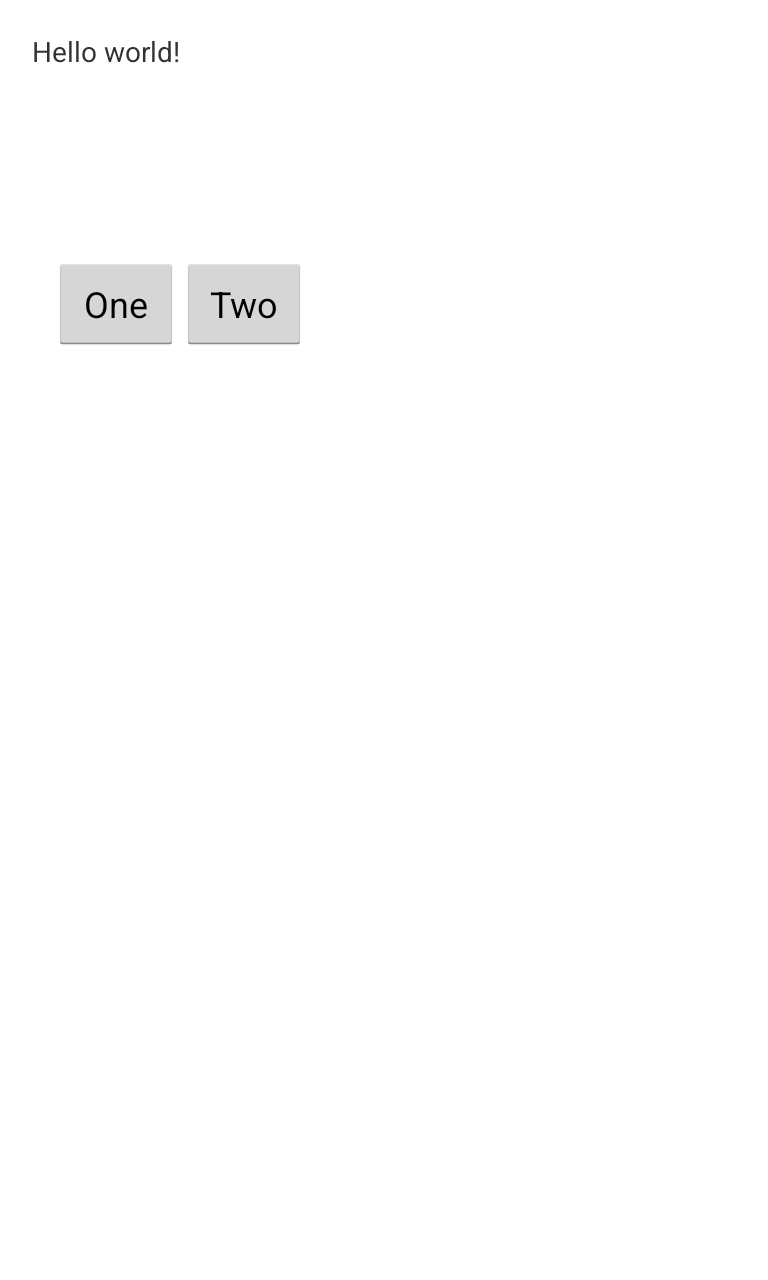
Repository: shailesh1001/eduonix-android
Layout: ch01/ex01/res/layout/activity_main.xml
The author's editor kept a copy of each file at every save. The layout is drawn from the files as they stood at one save, then again after a run of saves.
It is drawn on a 768 x 1280 px phone screen (xhdpi) without system bars, with theme AppTheme; the app's code is not run.

Above is the layout before, as saved 2013-12-07 19:56:25.

After the next 2 saves:
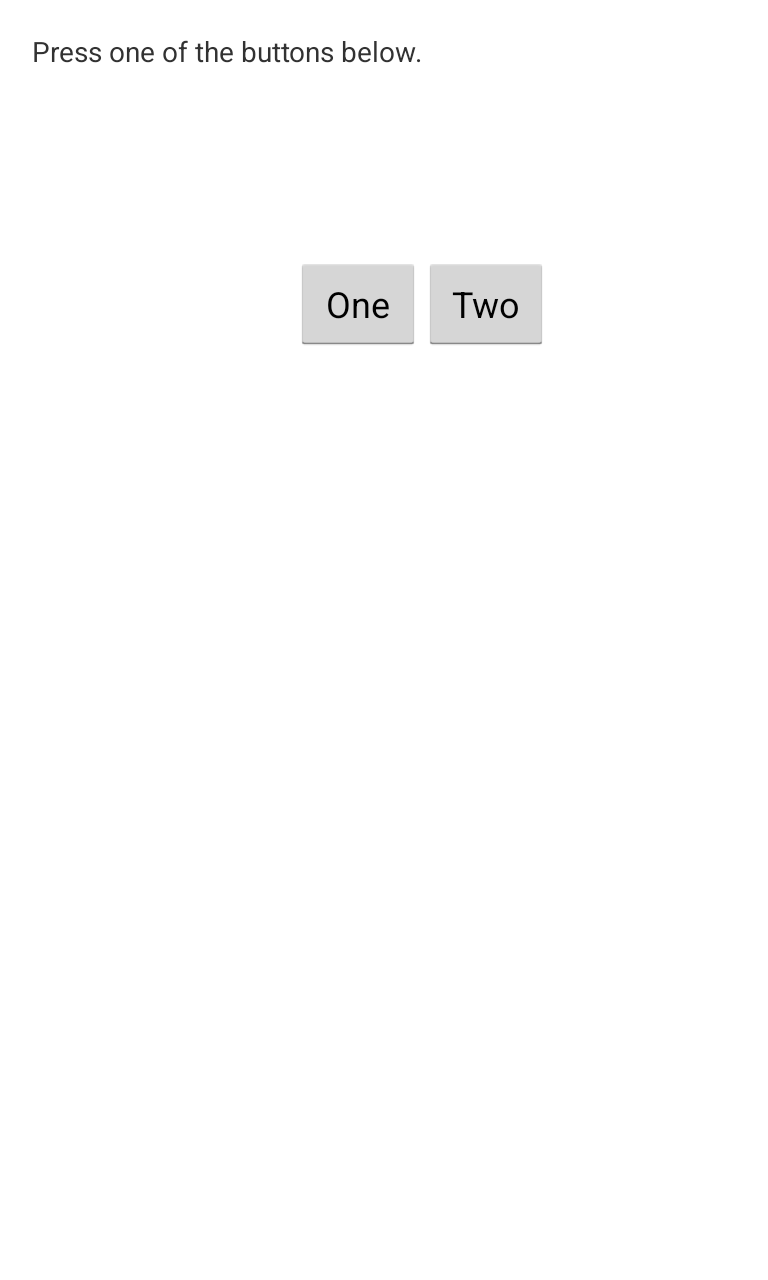
The 2 saves are shown as one change because they came seconds apart.
The last was saved 24 s later.
--- a/ch01/ex01/res/values/strings.xml
+++ b/ch01/ex01/res/values/strings.xml
@@ -3,7 +3,7 @@
 
     <string name="app_name">ex01</string>
     <string name="action_settings">Settings</string>
-    <string name="hello_world">Hello world!</string>
+    <string name="hello_world">Press one of the buttons below.</string>
     <string name="button1_text">One</string>
     <string name="button2_text">Two</string>
 
